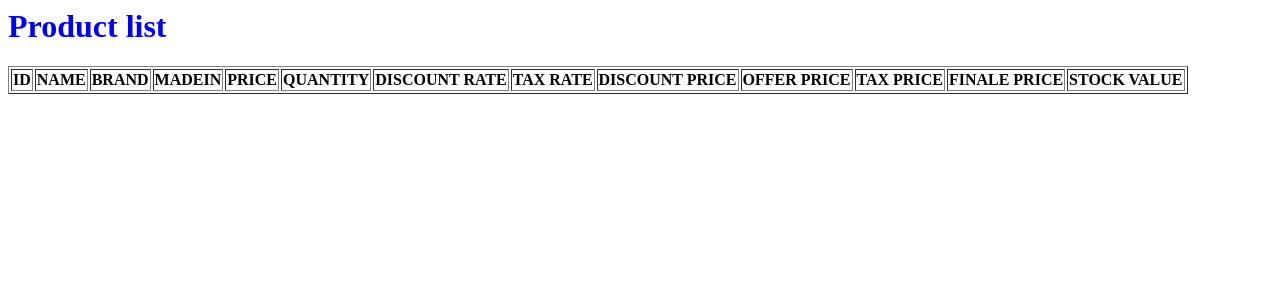
Repository: Lathadasari3010/SoftwareExamples
Page: http://localhost/product-list
These files come from the project's save history. The page is drawn as it stood at one moment and after the next save; the edit follows.
The browser window is 1280 px wide. The pictures show the whole page.
The page is this project's Thymeleaf template; nobody is signed in. The template is opened directly, without the code that normally fills it, so the values that code supplies are empty.

Above is the page before, as saved 2024-12-20 08:55:23.

After the next save:
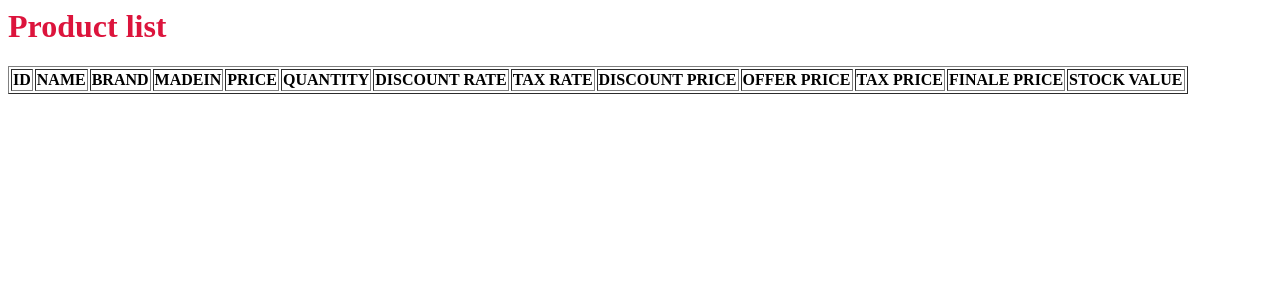
Saved 67 s later.
--- a/SpringBoot/src/main/resources/templates/product-list.html
+++ b/SpringBoot/src/main/resources/templates/product-list.html
@@ -4,7 +4,7 @@
 	</head>
 	<body>
 		<div>
-			<h1 style="color:blue; align-items: center;">Product list</h1>
+			<h1 style="color:crimson; align-items: center;">Product list</h1>
 			<table border="1">
 				<thead>
 					<tr>
